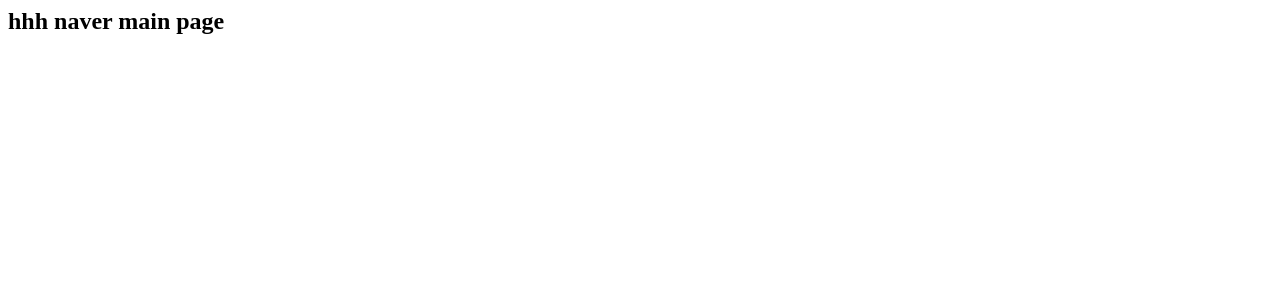
Repository: honggyeongwoo/spring-class-content
Page: Day57_20260812_2/src/main/resources/static/index.html
The author's editor kept a copy of each file at every save. The page is drawn from the files as they stood at one save, then again after the next save.
The browser window is 1280 px wide. The pictures show the whole page.

Above is the page before, as saved 2026-08-12 06:26:49.

After the next save:
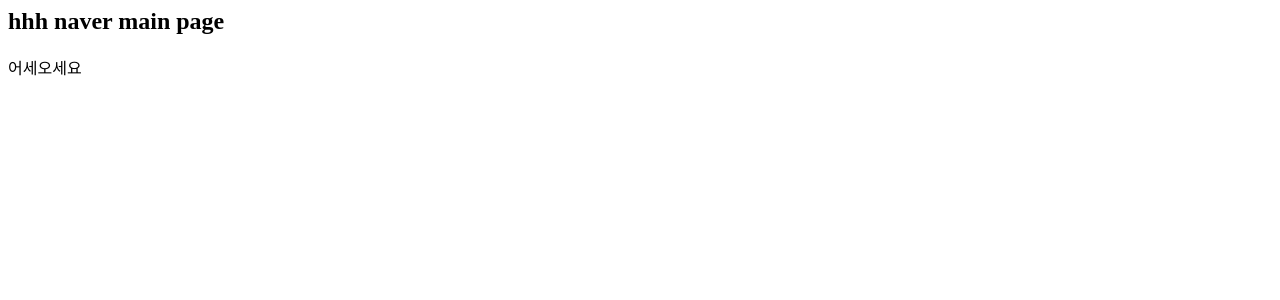
Saved 4 min 49 s later.
--- a/Day57_20260812_2/src/main/resources/static/index.html
+++ b/Day57_20260812_2/src/main/resources/static/index.html
@@ -2,5 +2,6 @@
 <head></head>
 <body>
 <h2>hhh naver main page</h2>
+<p>어세오세요</p>
 </body>
 </html>
